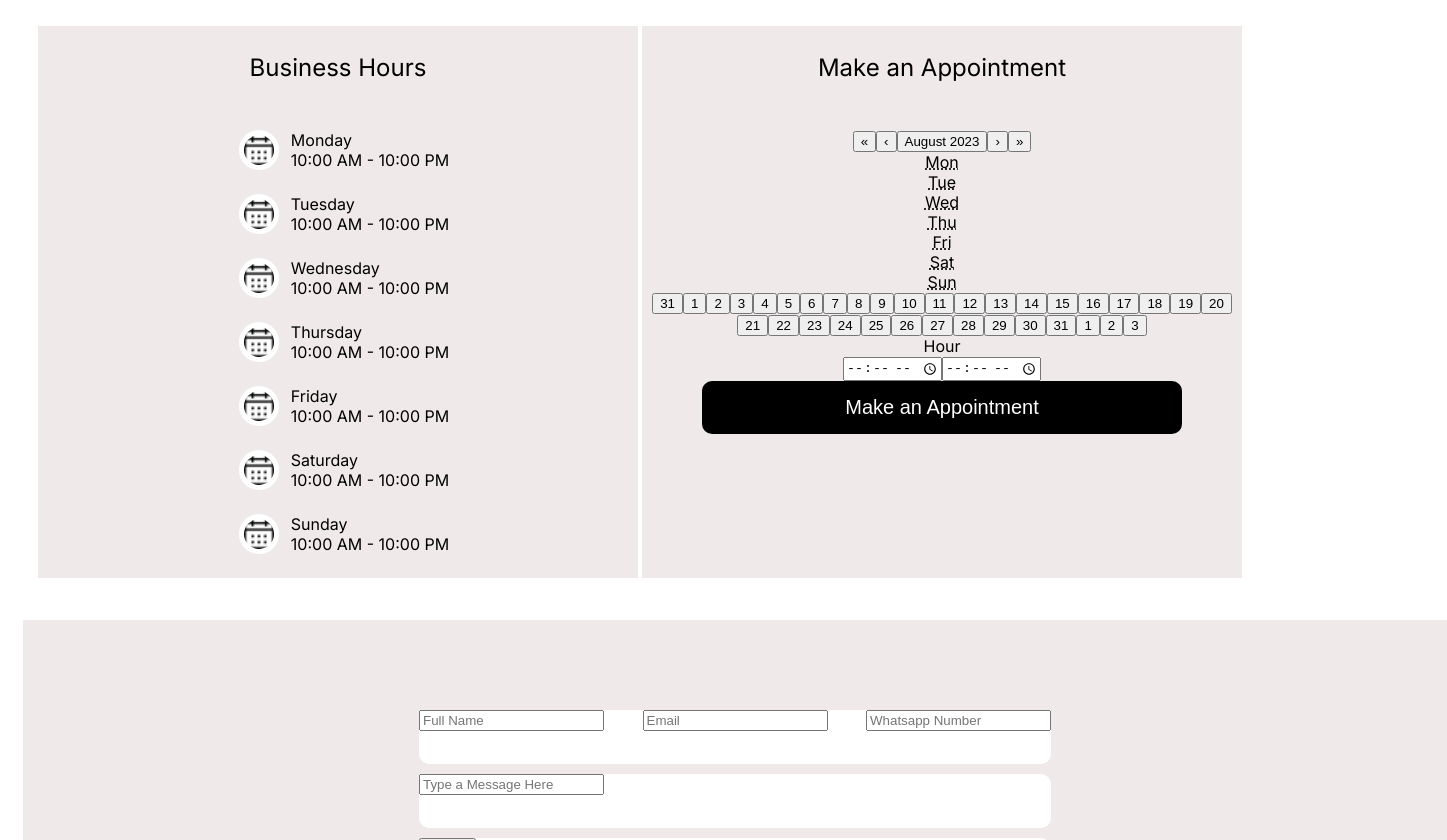
Repository: nikita120402/next13-deploy
Page: /
These files come from the project's save history. The page is drawn as it stood at one moment and after the next save; the edit follows.
The browser window is 1280 px wide. The page is 1447 px wide, so the pictures cover 1447 px, including what lies to the right of the window. The pictures show the part of the page from y = 2408 to 3248 px (the page is 3405 px tall).
The project was rebuilt for these pictures with package versions that can differ from the ones it lists, and the page was loaded fresh each time. The framework's server and built-in components were replaced by stand-ins that run in the browser. Also part of the build but not shown: next.config.js.

Above is the page before, as saved 2023-08-08 04:14:22.

### src/app/globals.css
h1{
      text-align: center;
      color: #181b21;
font-family: Playfair Display;
font-size: 40px;
font-style: normal;
font-weight: 600;
line-height: 100%; /* 40px */
  text-transform: capitalize;
}
p{
      color: #000;
text-align: center;
padding: 10px;
font-family: Poppins;
font-size: 16px;
font-style: normal;
font-weight: 400;
line-height: 120%; /* 24px */
text-transform: capitalize;
}

### src/app/Design.module.css
.image1{
    width: 100%;
    height: 100%;
}

.icon{
    border-radius: 10px;
    background: #222831;
    position: relative;
    border: solid 10px rgb(51, 48, 48);
    margin-left: auto;
    margin-right: auto;
    display: block;
    margin-top: -100px;
    z-index: +1;
}

.call{
    display: flex;
    margin-left:auto;
    border: solid 1px black;
    padding: 20px;
    justify-content:center;
    align-items: center;
}
.call1{
    margin: 0px 50px;
    padding: 10px;

}

.icon1{
    display: flex;
    margin: 10px 15px 15px;
    padding: 20px;
    align-items: center;
    flex-shrink: 0;
    justify-content:center;
}

.heading{
    text-align: center;
    color: #222831;
    font-family: Playfair Display;
    font-size: 40px;
    font-style: normal;
    font-weight: 600;
    line-height: 100%; /* 40px */
    text-transform: capitalize;
}

.icon2{
        text-align: center;
        margin: 0px 15px;
}

.product{
            display: flex;
            padding: 30px 20px;
            justify-content: space-around;
            border-radius: 10px 10px 0px 0px;

}
.product1{
    padding: 0px;
    display: flex;
    text-align: left;
    font-size: 16px;
    margin: 0px 0px;
    justify-content: space-around;

}

.form{
    margin: 10px auto;
    border-style: hidden;
    border-bottom: 3px solid #fff;
    background-color: #ffffff;
    color: #fff;
    width: 50%;
    font-size: 16px;
    padding-bottom: 30px;
    display:flex;
    justify-content:space-between;
    flex-shrink: 0;
    border-radius: 10px;
}

.form1{
    background-color: #efe9e9;
    width: 100%;
    padding: 80px;
    margin: 40px 15px 15px;
}

.hour{
    display: flex;
    justify-content: center;
    margin: 24px auto;
    text-align: left;
    flex-wrap: wrap;
}

.card{
    display: flex;
    justify-content: center;
    margin: 24px;
    padding: 50%;
    text-align:center;
    flex-wrap: wrap;
}
.arrow1{
    display: flex;
    justify-content: center;
    padding: 5px;
    margin: 0px 0px 50px;
}
.arrow{
    height: 10px auto;
    padding: 10px;
    margin: 0px 10px;
    width: 20px;
    border-radius: 2px;
    border: 1.5px solid #222831;
    background: #FFF;
}
.flexdis{
    display: flex;
    justify-content: center;
    margin: 24px;
    text-align: left;
    flex-wrap: wrap;
}
.businesscard{
    background-color: #efe9e9;
    width: 600px;
    margin: 2px;
    text-align: center;
}
.calicon{
    background-color: #fff;
    border-radius: 50%;
    margin: 0 12px;
    padding: 5px;
}

.subheading{
    position: relative;
    font-size: 24px;
    line-height: 100%;
    margin-top: 30px;
    text-align: center;
    margin-bottom: 50px;
    display: block;
}
.card1{
    background-color: #efe9e9;
    width: 600px;
    margin: 2px;
    text-align: center;
    flex-wrap: wrap;
}

.btn{
    padding: 15px;
    background: #000;
    color: #fff;
    font-size: 20px;
    border: none;
    border-radius: 10px;
    margin-bottom: 30px;
    width: 80%;
    text-align: center;
}

Loaded but not shown: src/app/layout.tsx (common file); src/app/page.tsx (348 lines, source omitted)

After the next save:
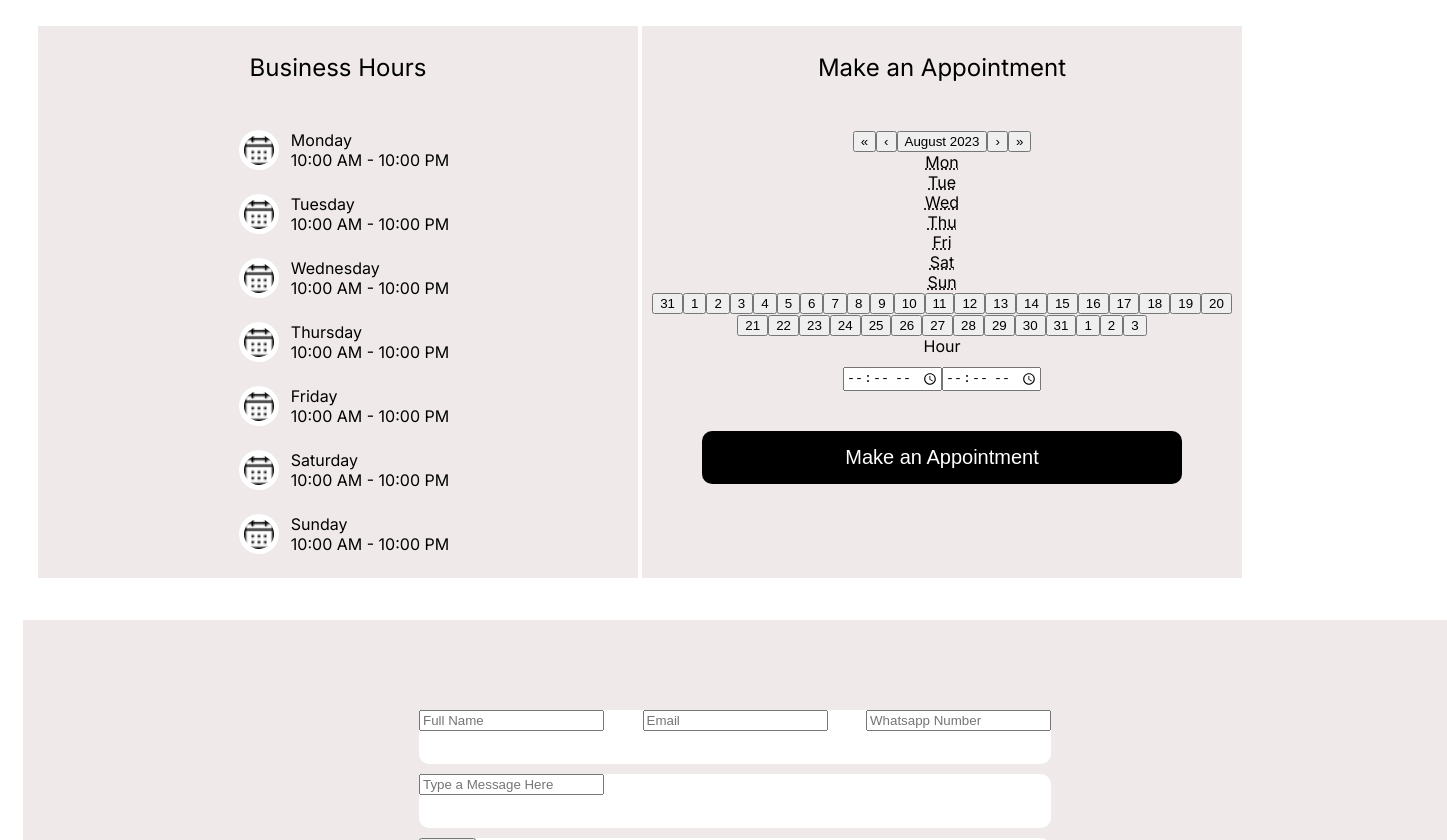
Saved 19 s later.
--- a/src/app/Design.module.css
+++ b/src/app/Design.module.css
@@ -172,3 +172,11 @@
     width: 80%;
     text-align: center;
 }
+
+.time{
+    padding: 10px;
+    font-size: 16px;
+    border-radius: 10px;
+    border: none;
+    margin-bottom: 30px;
+}
